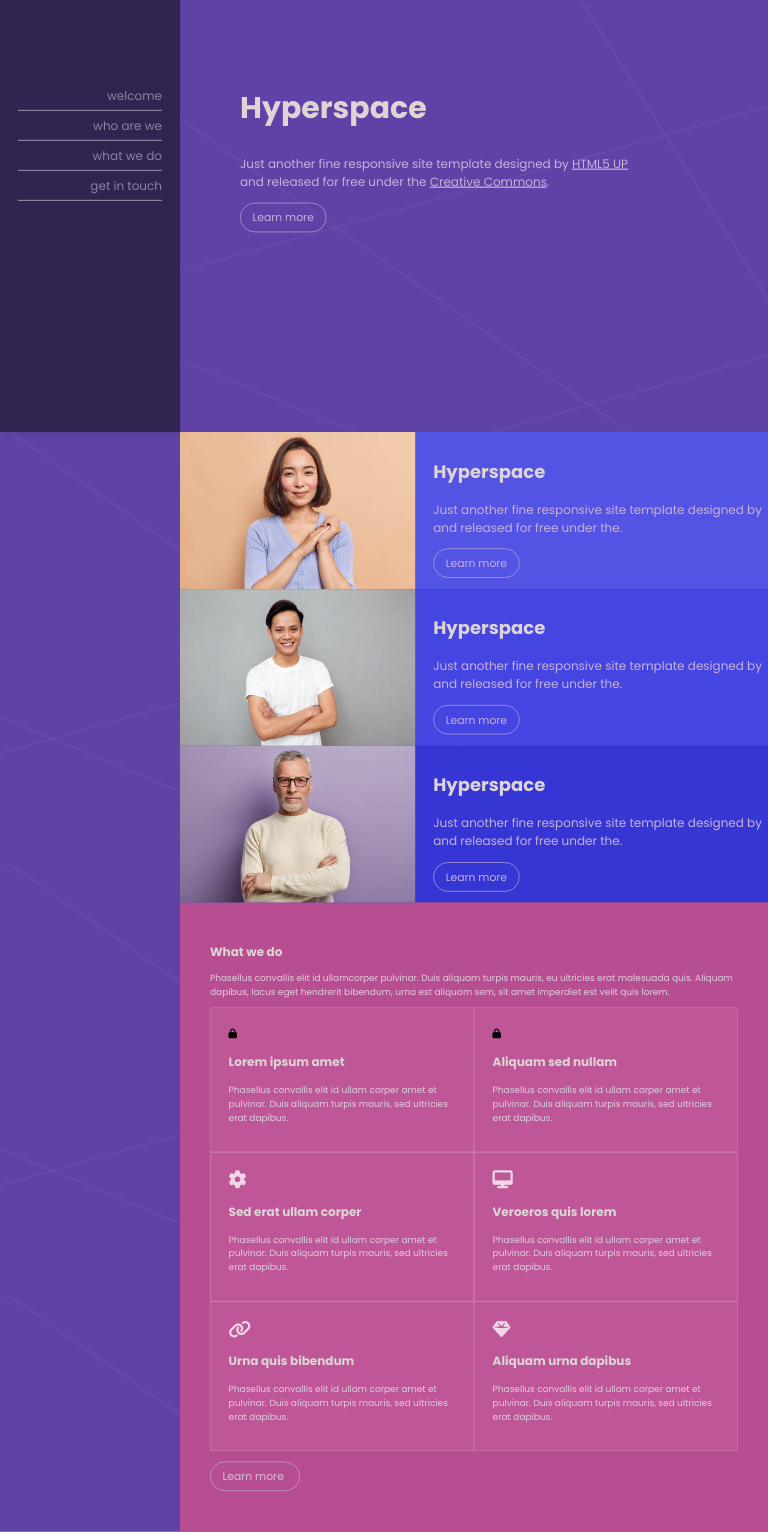
Repository: zai31/KIMIT_Tasks
Page: JsSession8/index.html
An editor plug-in stored every save of this project. The page is shown before and after the next save, followed by the edit.
The browser window is 1280 px wide. The pictures show the whole page, at 60% of full size.
Backgrounds fixed to the window are drawn as part of the page.

Above is the page before, as saved 2025-09-15 21:22:35.

After the next save:
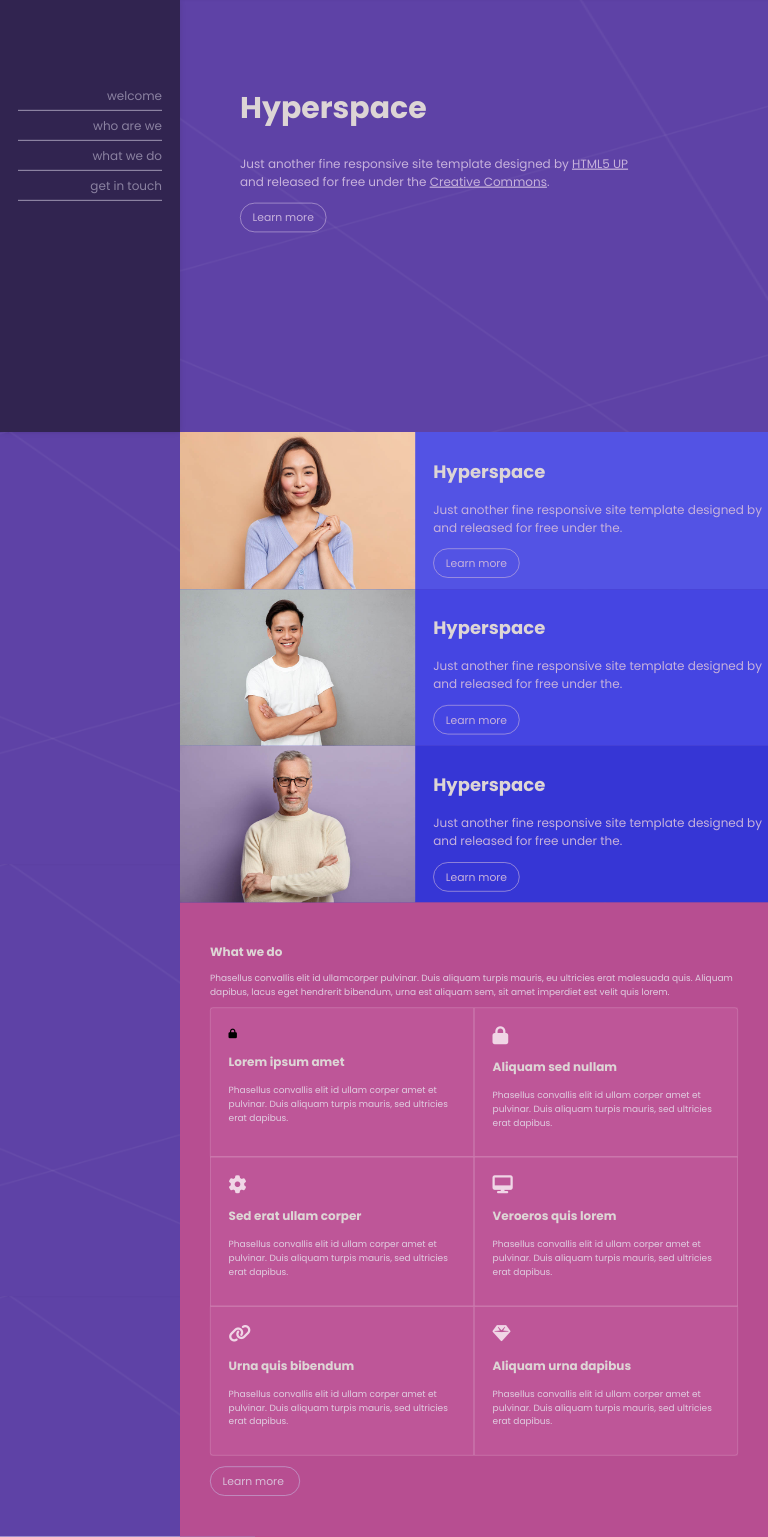
Saved 5 s later.
--- a/JsSession8/index.html
+++ b/JsSession8/index.html
@@ -63,7 +63,7 @@
 									<p>Phasellus convallis elit id ullam corper amet et pulvinar. Duis aliquam turpis mauris, sed ultricies erat dapibus.</p>
 								</section>
 								<section style="border-radius:0 5px 0px 0 ;">
-									<span class="fa-solid fa-lock"></span>
+									<span style="color: rgba(255, 255, 255, 0.759); font-size: 30px;" class="fa-solid fa-lock"></span>
 									<h3>Aliquam sed nullam</h3>
 									<p>Phasellus convallis elit id ullam corper amet et pulvinar. Duis aliquam turpis mauris, sed ultricies erat dapibus.</p>
 								</section>
